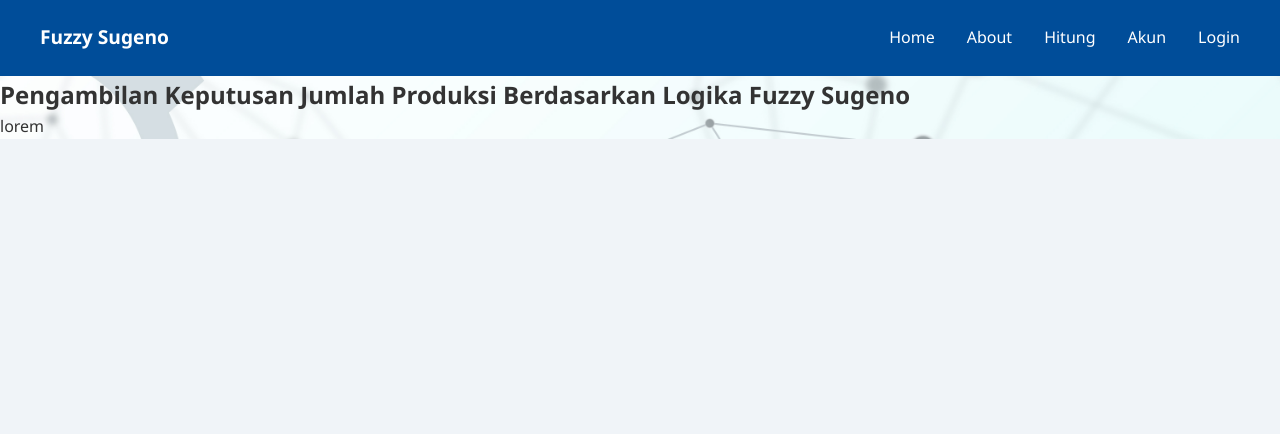
Repository: Senicccc/Defuzzy-Sugeno
Page: http://localhost/
These files come from the project's save history. The page is drawn as it stood at one moment and after a run of saves; the edit follows.
The browser window is 1280 px wide. The pictures show the whole page.
The page is run by PHP 8.4 with error messages shown; the project is at /var/www/html/.

Above is the page before, as saved 2025-06-09 11:15:10.

### index.php
<!DOCTYPE html>
<html lang="id">

<head>
    <meta charset="UTF-8" />
    <meta name="viewport" content="width=device-width, initial-scale=1.0" />
    <title>Fuzzy Sugeno - Home</title>
    <link rel="icon" href="img/favicon.png" type="image/png">
    <link rel="stylesheet" href="css/index.css">
</head>

<body>

    <?php
    require_once 'php/header-index.php';
    ?>

    <section class="about" style="background: url('img/menu-bg.jpg') center center/cover no-repeat;">
        <h1>Pengambilan Keputusan Jumlah Produksi Berdasarkan Logika Fuzzy Sugeno</h1>
        <p>lorem</p>
    </section>

</body>

</html>

### php/header-index.php
<!DOCTYPE html>
<html lang="id">

<head>
    <meta charset="UTF-8" />
    <meta name="viewport" content="width=device-width, initial-scale=1.0" />
    <title>Fuzzy Sugeno - Produksi</title>
    <link rel="stylesheet" href="https://cdnjs.cloudflare.com/ajax/libs/font-awesome/6.0.0/css/all.min.css">

    <style>
    * {
        margin: 0;
        padding: 0;
        box-sizing: border-box;
        font-family: 'Segoe UI', Tahoma, Geneva, Verdana, sans-serif;
    }

    body {
        background: #f0f4f8;
        color: #333;
    }

    nav {
        background-color: #004d99;
        position: sticky;
        top: 0;
        z-index: 1000;
        padding: 1.4rem 2.4rem;
    }

    .nav-container {
        display: flex;
        justify-content: space-between;
        align-items: center;
        max-width: 1200px;
        margin: 0 auto;
        flex-wrap: wrap;
    }

    .logo {
        color: white;
        font-weight: 800;
        font-size: larger;
    }

    .nav-links {
        display: flex;
        gap: 2rem;
    }

    .nav-links a {
        text-decoration: none;
        color: white;
        font-weight: 500;
        font-size: 1rem;
        transition: color 0.3s;
    }

    .nav-links a:hover {
        color: #ffcc00;
    }

    .burger {
        display: none;
        font-size: 1.5rem;
        color: white;
        cursor: pointer;
        padding: 0.5rem;
    }

    @media (max-width: 768px) {
        .nav-links {
            display: none;
            flex-direction: column;
            background-color: #004d99;
            width: 100%;
            text-align: center;
            margin-top: 1rem;
            padding-bottom: 1rem;
            gap: 1rem;
            order: 1;
        }

        .nav-links.active {
            display: flex;
        }

        .burger {
            display: block;
            margin-left: auto;
            /* Memposisikan burger di kanan */
        }

        nav {
            padding: 0.75rem 1.5rem;
        }
    }
    </style>
</head>

<body>

    <nav>
        <div class="nav-container">
            <div class="logo">Fuzzy Sugeno</div>
            <div class="burger" id="burger"><i class="fas fa-bars"></i></div>
            <div class="nav-links" id="navLinks">
                <a href="index.php">Home</a>
                <a href="index.php#about-section">About</a>
                <a href="php/form.php">Hitung</a>
                <a href="php/account.php">Akun</a>
                <?php if (isset($_SESSION['user_id'])): ?>
                <a href="php/logout.php">Logout</a>
                <?php else: ?>
                <a href="php/login.php">Login</a>
                <?php endif; ?>
            </div>
        </div>
    </nav>

    <script>
    const burger = document.getElementById('burger');
    const navLinks = document.getElementById('navLinks');

    burger.addEventListener('click', () => {
        navLinks.classList.toggle('active');
    });
    </script>

</body>

</html>

### css/index.css
* {
    margin: 0;
    padding: 0;
    box-sizing: border-box;
    font-family: 'Segoe UI', Tahoma, Geneva, Verdana, sans-serif;
}

body {
    background: linear-gradient(135deg, #f0f4f8 0%, #dfe7ee 100%);
    color: #333;
    min-height: 100vh;
    line-height: 1.6;
}

/* Hero Section */
.hero {
    display: flex;
    flex-direction: column;
    justify-content: center;
    align-items: center;
    text-align: center;
    min-height: calc(100vh - 80px);
    padding: 2rem;
    background-image:
        radial-gradient(circle at 10% 20%, rgba(0, 77, 153, 0.05) 0%, transparent 20%),
        radial-gradient(circle at 90% 80%, rgba(0, 77, 153, 0.05) 0%, transparent 20%);
}

.hero h1 {
    font-size: 2.5rem;
    font-weight: 1000;
    color: #003e7b;
    margin-bottom: 2rem;
    max-width: 800px;
    line-height: 1.3;
    text-shadow: 1px 1px 2px rgba(0,0,0,0.);
}

.start-button {
    display: inline-block;
    background-color: #004d99;
    color: white;
    padding: 1rem 2.5rem;
    border-radius: 50px;
    text-decoration: none;
    font-weight: 600;
    font-size: 1.2rem;
    transition: all 0.3s ease;
    box-shadow: 0 4px 15px rgba(0, 77, 153, 0.2);
    border: 2px solid #004d99;
    margin-top: 1rem;
}

.start-button:hover {
    background-color: #ffcc00;
    color: #004d99;
    transform: translateY(-3px);
    box-shadow: 0 6px 20px rgba(0, 77, 153, 0.3);
}

.start-button:active {
    transform: translateY(1px);
}

/* Responsive Design */
@media (max-width: 768px) {
    .hero {
        padding: 1.5rem;
        min-height: calc(100vh - 60px);
    }

    .hero h1 {
        font-size: 1.8rem;
        margin-bottom: 1.5rem;
    }

    .start-button {
        padding: 0.8rem 2rem;
        font-size: 1rem;
    }
}

@media (max-width: 480px) {
    .hero h1 {
        font-size: 1.5rem;
    }

    .start-button {
        padding: 0.7rem 1.8rem;
    }
}

/* Animasi */
@keyframes fadeIn {
    from { opacity: 0; transform: translateY(20px); }
    to { opacity: 1; transform: translateY(0); }
}

.hero {
    animation: fadeIn 0.8s ease-out forwards;
}

.start-button {
    animation: fadeIn 1s ease-out 0.3s both;
}


/* Responsive */
@media (max-width: 768px) {
    .about-content {
        padding: 1.5rem 1rem;
    }
    .about-content h1 {
        font-size: 1.3rem;
    }
}

After the next 2 saves:
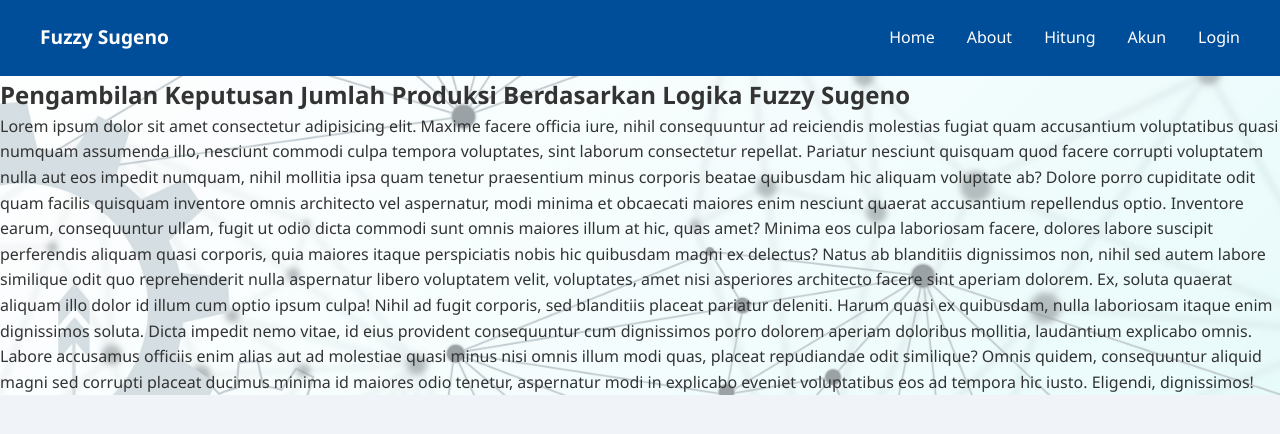
The 2 saves are shown as one change because they came seconds apart.
The last was saved 7 s later.
--- a/index.php
+++ b/index.php
@@ -17,7 +17,24 @@
 
     <section class="about" style="background: url('img/menu-bg.jpg') center center/cover no-repeat;">
         <h1>Pengambilan Keputusan Jumlah Produksi Berdasarkan Logika Fuzzy Sugeno</h1>
-        <p>lorem</p>
+        <p>Lorem ipsum dolor sit amet consectetur adipisicing elit. Maxime facere officia iure, nihil consequuntur ad
+            reiciendis molestias fugiat quam accusantium voluptatibus quasi numquam assumenda illo, nesciunt commodi
+            culpa tempora voluptates, sint laborum consectetur repellat. Pariatur nesciunt quisquam quod facere corrupti
+            voluptatem nulla aut eos impedit numquam, nihil mollitia ipsa quam tenetur praesentium minus corporis beatae
+            quibusdam hic aliquam voluptate ab? Dolore porro cupiditate odit quam facilis quisquam inventore omnis
+            architecto vel aspernatur, modi minima et obcaecati maiores enim nesciunt quaerat accusantium repellendus
+            optio. Inventore earum, consequuntur ullam, fugit ut odio dicta commodi sunt omnis maiores illum at hic,
+            quas amet? Minima eos culpa laboriosam facere, dolores labore suscipit perferendis aliquam quasi corporis,
+            quia maiores itaque perspiciatis nobis hic quibusdam magni ex delectus? Natus ab blanditiis dignissimos non,
+            nihil sed autem labore similique odit quo reprehenderit nulla aspernatur libero voluptatem velit,
+            voluptates, amet nisi asperiores architecto facere sint aperiam dolorem. Ex, soluta quaerat aliquam illo
+            dolor id illum cum optio ipsum culpa! Nihil ad fugit corporis, sed blanditiis placeat pariatur deleniti.
+            Harum quasi ex quibusdam, nulla laboriosam itaque enim dignissimos soluta. Dicta impedit nemo vitae, id eius
+            provident consequuntur cum dignissimos porro dolorem aperiam doloribus mollitia, laudantium explicabo omnis.
+            Labore accusamus officiis enim alias aut ad molestiae quasi minus nisi omnis illum modi quas, placeat
+            repudiandae odit similique? Omnis quidem, consequuntur aliquid magni sed corrupti placeat ducimus minima id
+            maiores odio tenetur, aspernatur modi in explicabo eveniet voluptatibus eos ad tempora hic iusto. Eligendi,
+            dignissimos!</p>
     </section>
 
 </body>
